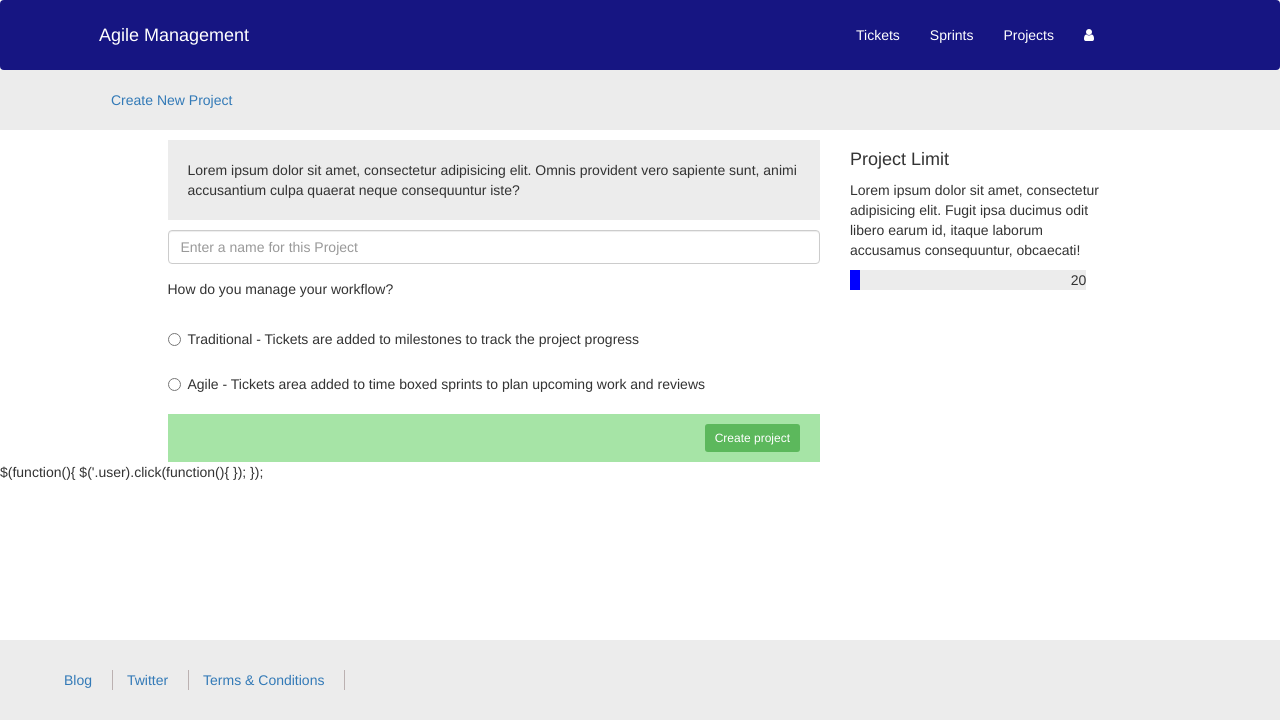
Repository: princexavier/agil
Page: http://localhost/Agile/project.jsp
An editor plug-in stored every save of this project. The page is shown before and after the next save, followed by the edit.
The browser window is 1280 px wide. The pictures show the whole page.
Some web libraries are served in a nearby version. The page is served by Tomcat 9. Other server files are loaded and not shown.

Above is the page before, as saved 2018-01-19 09:19:48.

### workspace/Agile/WebContent/project.jsp
<%@ page language="java" contentType="text/html; charset=ISO-8859-1"
    pageEncoding="ISO-8859-1"%>

<!DOCTYPE html>
<html lang="en">

<head>
    <meta charset="UTF-8">
    <title>agile</title>
    <link rel="stylesheet" href="https://maxcdn.bootstrapcdn.com/bootstrap/3.3.7/css/bootstrap.min.css">
    <!-- jQuery library -->
    <script src="https://ajax.googleapis.com/ajax/libs/jquery/3.2.1/jquery.min.js"></script>
    <!-- Latest compiled JavaScript -->
    <script src="https://maxcdn.bootstrapcdn.com/bootstrap/3.3.7/js/bootstrap.min.js"></script>
    <link rel="stylesheet" href="css/style.css">
    <link rel="stylesheet" href="https://maxcdn.bootstrapcdn.com/font-awesome/4.7.0/css/font-awesome.min.css">
</head>

<body>
    <header>
        <nav class="navbar navbar-default">
            <div class="container-fluid">
                <div class="navbar-header">
                    <a class="navbar-brand" href="#">Agile Management</a>
                </div>
                <ul class="nav navbar-nav">
                    <li><a href="ticket.html">Tickets</a></li>
                    <li><a href="ticket.html">Sprints</a></li>
                    <li><a href="#">Projects</a></li>
                    <li><a href="#" class="user"><i class="fa fa-user"></i><%session.getAttribute("email");%></a></li>

                </ul>
            </div>
        </nav>
    </header>
    <ul class="dashboard clearfix">
        <li class="divider-2">
            <a href="#" class="dash-title">Create New Project</a>
        </li>
    </ul>
    <div class="container">
        <div class="row">
            <div class="col-md-1 col=sm-12"></div>
            <div class="col-md-7 col=sm-12 left-content">
                <p class="auth">Lorem ipsum dolor sit amet, consectetur adipisicing elit. Omnis provident vero sapiente sunt, animi accusantium culpa quaerat neque consequuntur iste?</p>
                <div class="form-group">
                    <input type="text" placeholder="Enter a name for this Project" class="form-control" id="pwd">
                </div>
                <span>How  do you manage your workflow?</span>
                <div class="radio lab-title">
                    <label>
                        <input type="radio" name="optradio">Traditional - Tickets are added to milestones to track the project progress</label>
                </div>
                <div class="radio">
                    <label>
                        <input type="radio" name="optradio">Agile - Tickets area added to time boxed sprints to plan upcoming work and reviews</label>
                </div>
                <div class="bg clearfix">
                    <a href="ticket.html">
                        <button class="btn btn-success btn-sm">Create project</button>
                    </a>
                </div>
            </div>
            <div class="col-md-3 col=sm-12">
                <h4>Project Limit</h4>
                <p>Lorem ipsum dolor sit amet, consectetur adipisicing elit. Fugit ipsa ducimus odit libero earum id, itaque laborum accusamus consequuntur, obcaecati!</p>
                <div class="bar clearfix">
                    <span>20</span>
                </div>
            </div>
            <div class="col-md-1 col=sm-12"></div>
        </div>
    </div>
    <footer>
        <ul class="foot-content">
            <li>
                <a href="#">Blog</a>
            </li>
            <li>
                <a href="#">Twitter</a>
            </li>
            <li>
                <a href="#">Terms & Conditions</a>
            </li>
        </ul>
    </footer>

    $(function(){

    $('.user).click(function(){



    });

    });
</body>

</html>

### workspace/Agile/WebContent/css/style.css
* {
	margin: 0px;
	padding: 0px;
	text-decoration: none;
	list-style-type: none;
}

a:hover {
	text-decoration: none;
}

.reg-form {
	margin-top: 40%;
}

.sign-up {
	outline:none;
	border: none;
	display: block;
	width: 100%;
	padding: 13px;
	border-radius: 40px;
	background: #161582;
	color: #fff;
}
.reg-form h2{
	margin-top: 20%;
    margin-bottom: 5%;
    text-align: center;
}
.reg-form span{
	display:block;
	padding-top:22px;
	padding-bottom:22px;
	text-align:center;
}
.reg-form input {
	cursor: pointer;
	padding-bottom: 10px;
	margin-bottom: 20px;
	outline: none;
	display: block;
	width: 100%;
	border: none;
	border-bottom: 1px solid #c7bdbd;
	transition: 0.8s ease;
}

.reg-form input:focus {
	border-bottom: 1px solid #161582;
}

.divider-1 {
	display: inline-block;
	width: calc(100%/ 1);
	float: left;
}

.divider-2 {
	display: inline-block;
	width: calc(100%/ 2);
	float: left;
}

.color {
	color: #161582;
	padding-right: 5px;
	cursor: pointer;
	transition: 0.2s ease-in-out;
}

.color:hover {
	color: #16158261;
}

.clearfix:after {
	content: "";
	display: block;
	clear: both;
}

.navbar-nav {
	float: right;
	margin-right: 100px;
}

.navbar-default {
	border: none;
	padding: 10px 56px 10px 84px;
	background: #161582;
	margin-bottom: 0px;
}

.navbar-brand,.navbar-nav>li>a {
	color: #fff !important;
}

nav .active a {
	background-color: transparent !important;
}

.dashboard {
	padding: 20px 0px;
	background: #ececec;
}

.dash-title {
	padding-left: 111px;
}

.auth {
	background: #ececec;
	padding: 20px;
}

.left-content>span {
	display: block;
}

.lab-title {
	padding: 20px 0px;
}

.bg {
	margin-top: 20px;
	padding: 10px 0px;
	background: #a6e4a6;
}

.bg a>button {
	float: right;
	margin-right: 20px;
	border: none;
}

footer {
	position: fixed;
	bottom: 0px;
	width: 100%;
	padding: 20px 0px;
	background: #ececec;
}

.right-bor {
	border-right: 1px solid #ececec;
}

.foot-content:first-child {
	margin-left: 64px;
	margin-top: 10px;
}

.foot-content li {
	border-right: 1px solid #a79a9ab8;
	padding-right: 20px;
	display: inline-block;
	margin-right: 10px;
}

.bar {
	width: 90%;
	background: #ececec;
	border-left: 10px solid blue;
}

.bar>span {
	float: right;
}

/*Ticket page style */
.btn-style {
	border: none;
	color: #fff;
	outline: none;
	background: #161582;
	transition: 0.5s ease-in-out;
}

.first-btn {
	margin-left: 150px
}

.btn-style:hover {
	background: #161582a8;
}

.icon-style {
	padding-right: 10px;
}

.events {

}

.list-style {
	padding: 10px 0px;
}

/*New ticket page style*/
.cs-btn {
	padding: 11px 10px;
	margin-left: 150px;
	color: #ffff;
	background: #161582;
	transition: 0.5s ease-in-out;
}

.cs-btn:hover {
	background: #1615825c;
	color: #fff;
}

textarea {
	resize: none;
}

.nav-tabs {
	margin-bottom: 50px;
}

label {
	font-weight: 300;
}

.btn-primary {
	background-color: #161582;
}

#menu4>p {
	padding: 20px 10px;
	background: #ececec;
	margin-bottom: 40px;
}

input[type="date"] {
	border-radius: 4px;
}

After the next save:
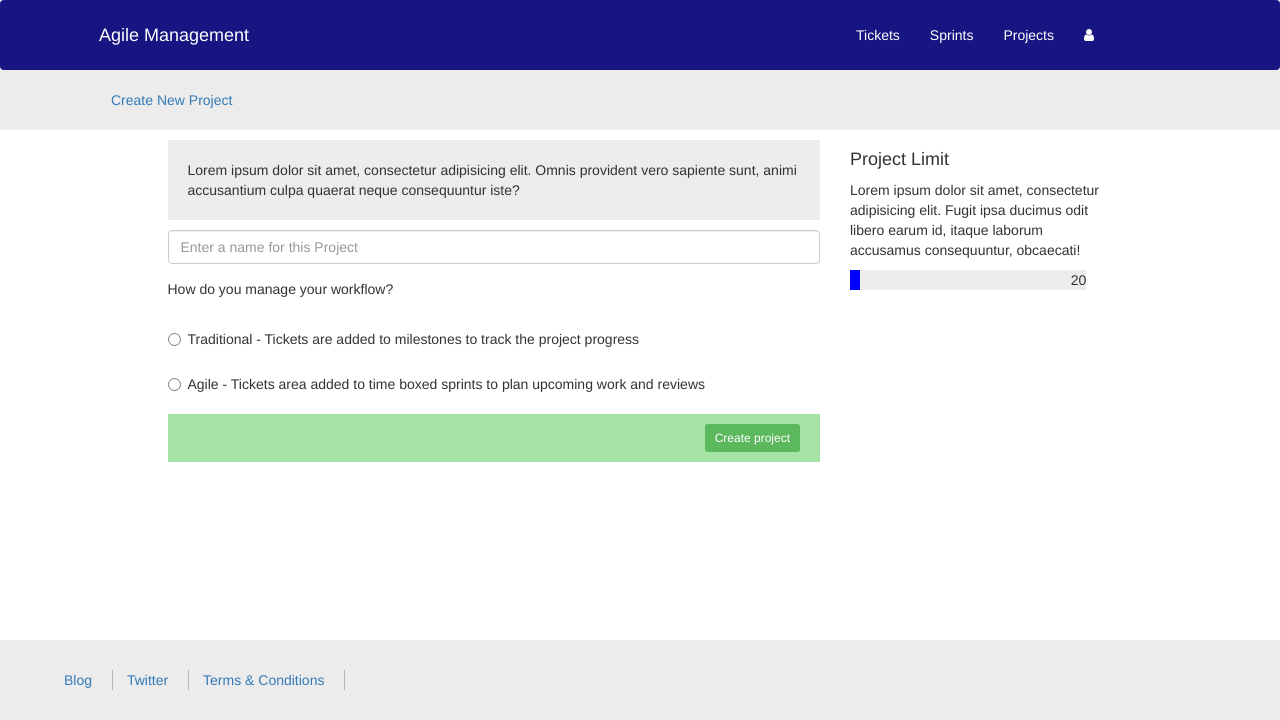
Saved 32 s later.
--- a/workspace/Agile/WebContent/project.jsp
+++ b/workspace/Agile/WebContent/project.jsp
@@ -84,16 +84,6 @@
             </li>
         </ul>
     </footer>
-
-    $(function(){
-
-    $('.user).click(function(){
-
-
-
-    });
-
-    });
 </body>
 
 </html>
